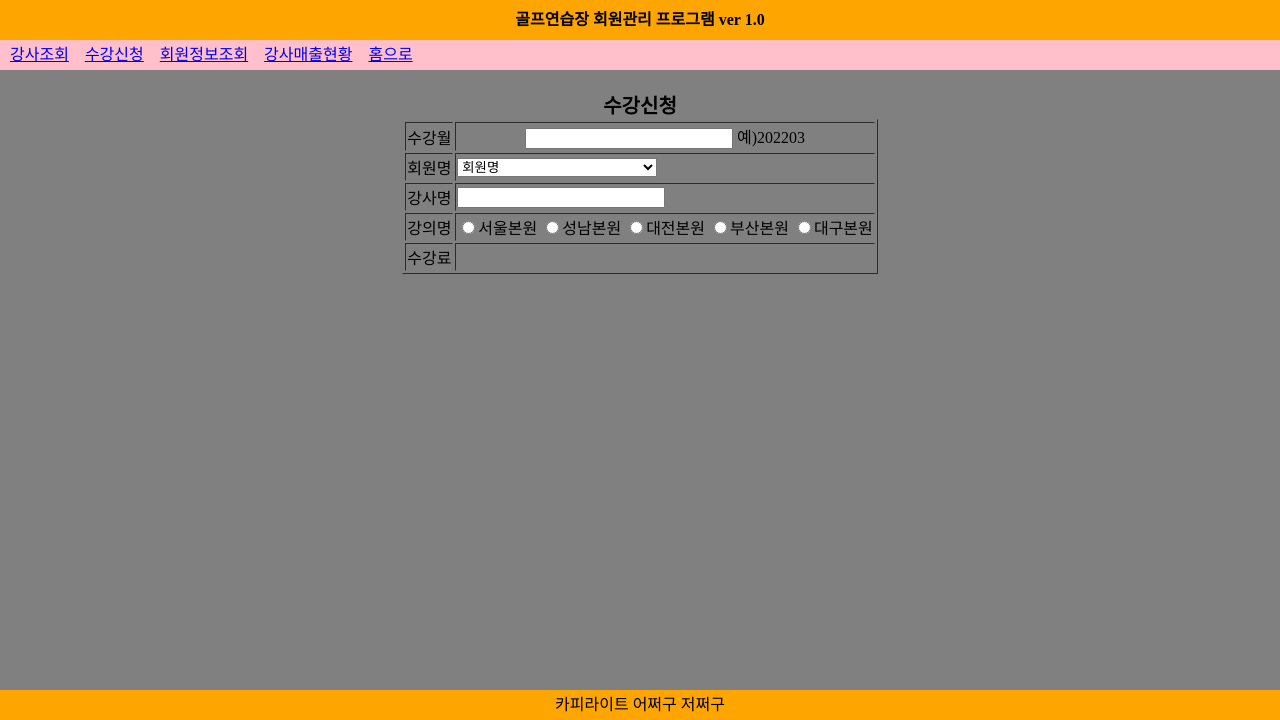
Repository: wjdwlgns1101/school_hrd
Page: http://localhost/hrd_30111_1_/insert.jsp
The author's editor kept a copy of each file at every save. The page is drawn from the files as they stood at one save, then again after the next save.
The browser window is 1280 px wide. The pictures show the whole page.
The page is served by Tomcat 9. The database holds what the project's SQL file puts in it.

Above is the page before, as saved 2024-05-12 09:03:25.

After the next save:
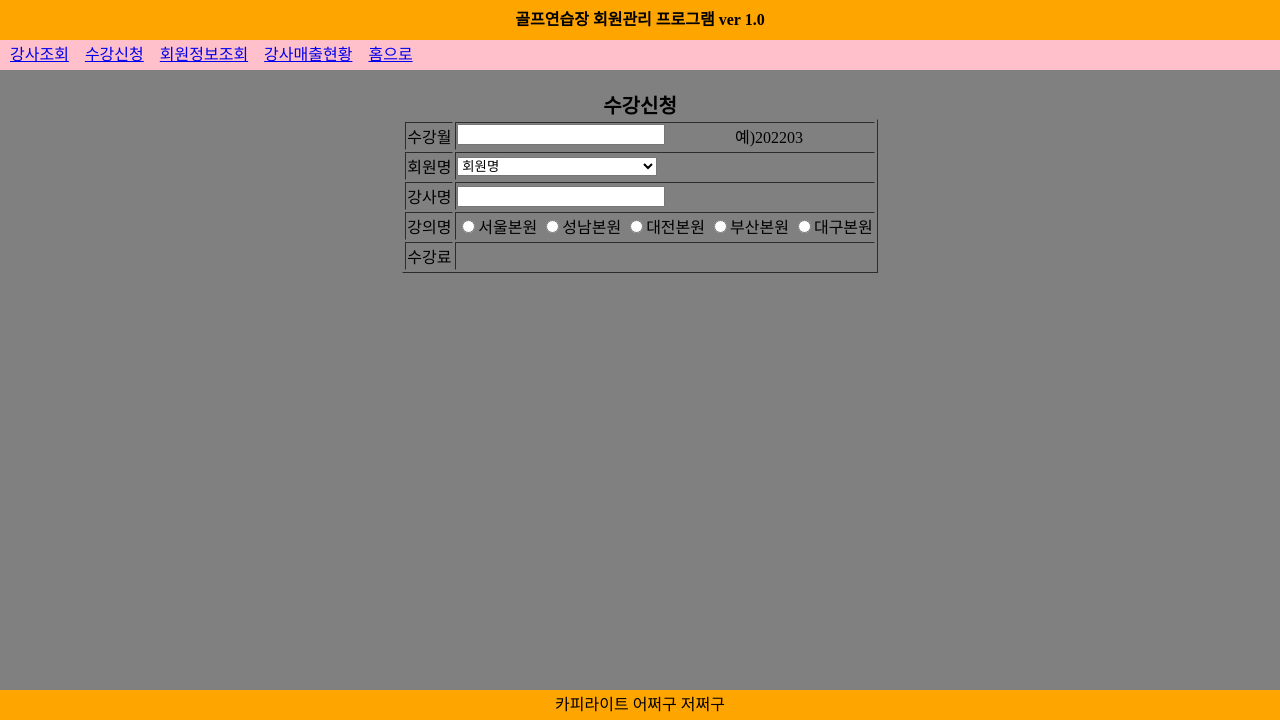
Saved 12 s later.
--- a/hrd_30111_(1)/hrd_30111(1)/src/main/webapp/insert.jsp
+++ b/hrd_30111_(1)/hrd_30111(1)/src/main/webapp/insert.jsp
@@ -13,10 +13,10 @@
 <b style="font-size: 20px;">수강신청</b>
 <form method="post" action="t_list.jsp" name="frm" style="display: flex; align-items: center; justify-content: center;">
 
-<table border="1"  >
+<table border="1">
 <tr>
 	<td style="text-align: center;"> 수강월 </td>
-	<td> <input type="text" name="resist_month" style="width: 200px; "> 예)202203  </td>
+	<td> <input type="text" name="resist_month" style="width: 200px; float: left; "> 예)202203  </td>
 </tr>
 <tr>
 	<td style="text-align: center; "> 회원명 </td>
